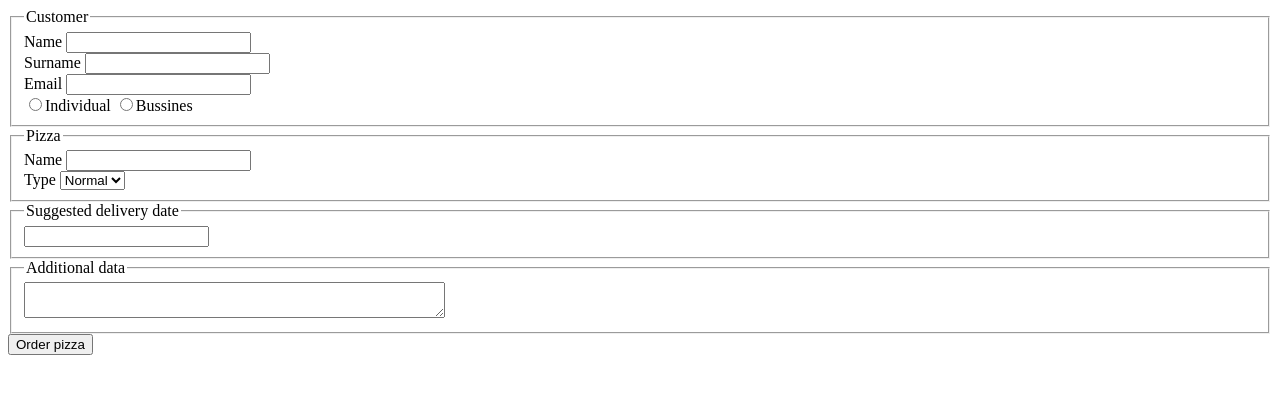
Repository: lukas77pro/html_css_js
Page: html/Test/WebContent/Formularz.html
The author's editor kept a copy of each file at every save. The page is drawn from the files as they stood at one save, then again after the next save.
The browser window is 1280 px wide. The pictures show the whole page.

Above is the page before, as saved 2015-07-10 12:03:08.

After the next save:
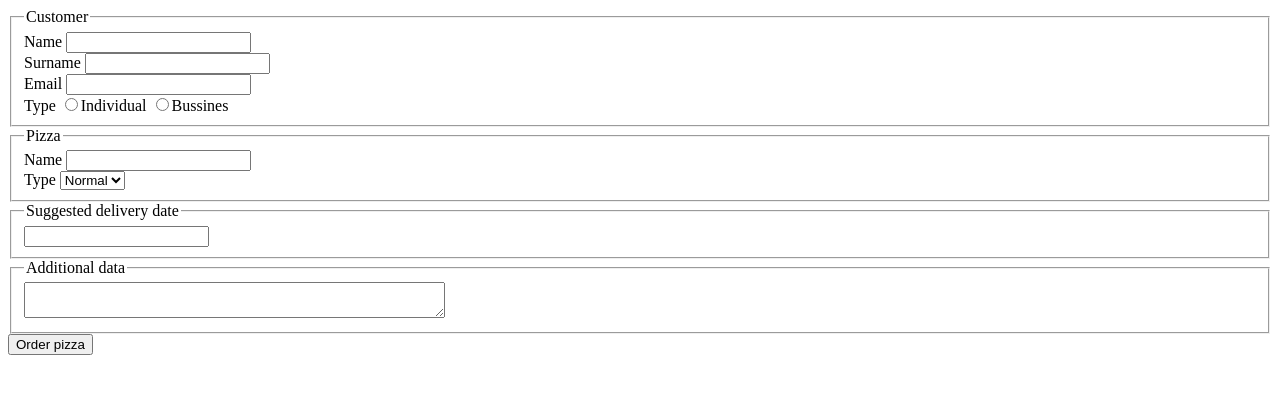
Saved 35 s later.
--- a/html/Test/WebContent/Formularz.html
+++ b/html/Test/WebContent/Formularz.html
@@ -23,6 +23,7 @@
 				name="inputEmail">
 		</div>
 		<div>
+			<label for="r1">Type</label>
 			<input type="radio" name="group1" id="r1" value="1" /><label for="r1">Individual</label>
 			<input type="radio" name="group1" id="r1" value="1" /><label for="r1">Bussines</label>
 		</div>
